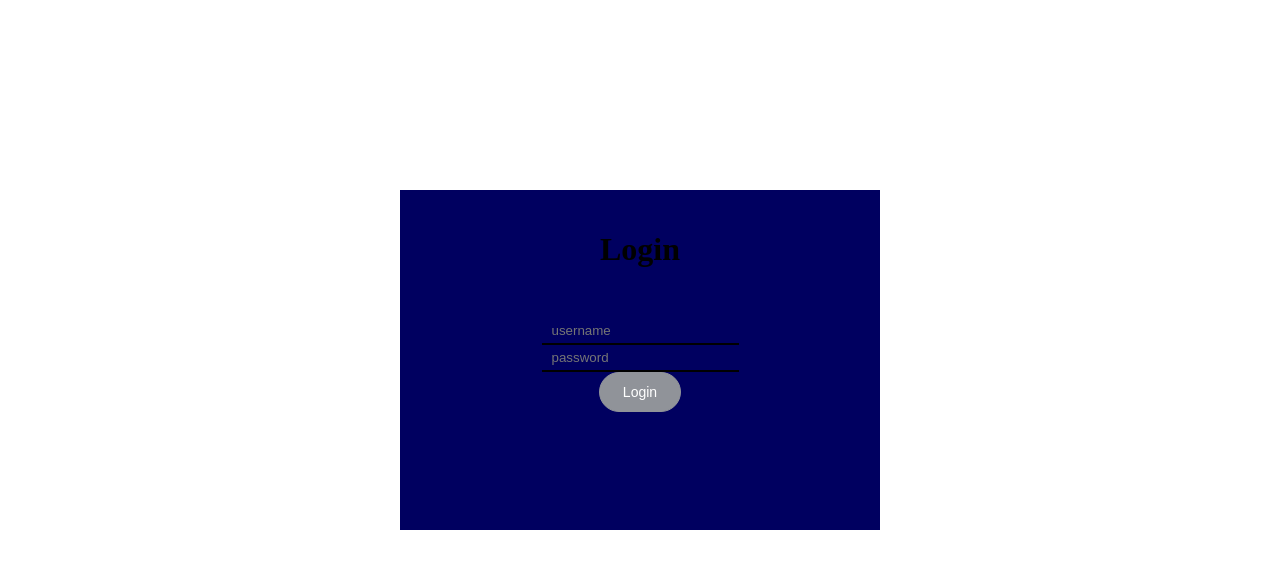
Repository: 951713487/net_shopping
Page: /
These files come from the project's save history. The page is drawn as it stood at one moment and after the next save; the edit follows.
The browser window is 1280 px wide. The pictures show the whole page.
The project was rebuilt for these pictures with package versions that can differ from the ones it lists, and the page was loaded fresh each time.

Above is the page before, as saved 2020-03-17 14:35:30.

### src/App.vue
<template>
  <div id="app">
  <router-view></router-view>
  </div>
</template>

<script>


export default {
  name: 'app'

}
</script>

<style>

</style>

### src/router/index.js
import Vue from 'vue'
import VueRouter from 'vue-router'
import Login from '../components/Login.vue'


Vue.use(VueRouter)



const router = new VueRouter({
  routes:[
    { path: '/' , redirect: '/login' },
    { path: '/login' , component: Login }
  ]
})

export default router

### src/plugins/element.js
import Vue from 'vue'
import { Button, Input } from 'element-ui'

Vue.use(Button)
Vue.use(Input)

### src/components/Login.vue
<template>
  <div id="login_box">
    <h1>Login</h1>
    <div class="form">
      <div class="item">
        <i></i>
        <input placeholder="username" prefix-icon="el-icon-search" v-model="input1" type="text" />
      </div>
      <div class="item">
        <i></i>
        <input placeholder="password" prefix-icon="el-icon-search" v-model="input2" type="password" />
      </div>
    </div>
    <el-button type="info" round>Login</el-button>
  </div>
</template>

<script>
export default {};
</script>

<style lang="less" scoped>
#login_box {
  width: 30%;
  height: 300px;
  border: 1px #000;
  margin: 0 auto;
  margin-top: 15%;
  text-align: center;
  background-color: #000060;
  padding: 20px 50px;
}

#login_box .form{
    margin-top:50px;

}

#login_box .form .item input{
    border: 0;
    border-bottom: 2px solid #000;
    padding: 5px 10px;
    background: #ffffff00;
}
</style>

Loaded but not shown: public/index.html (common file); src/main.js (common file)

After the next save:
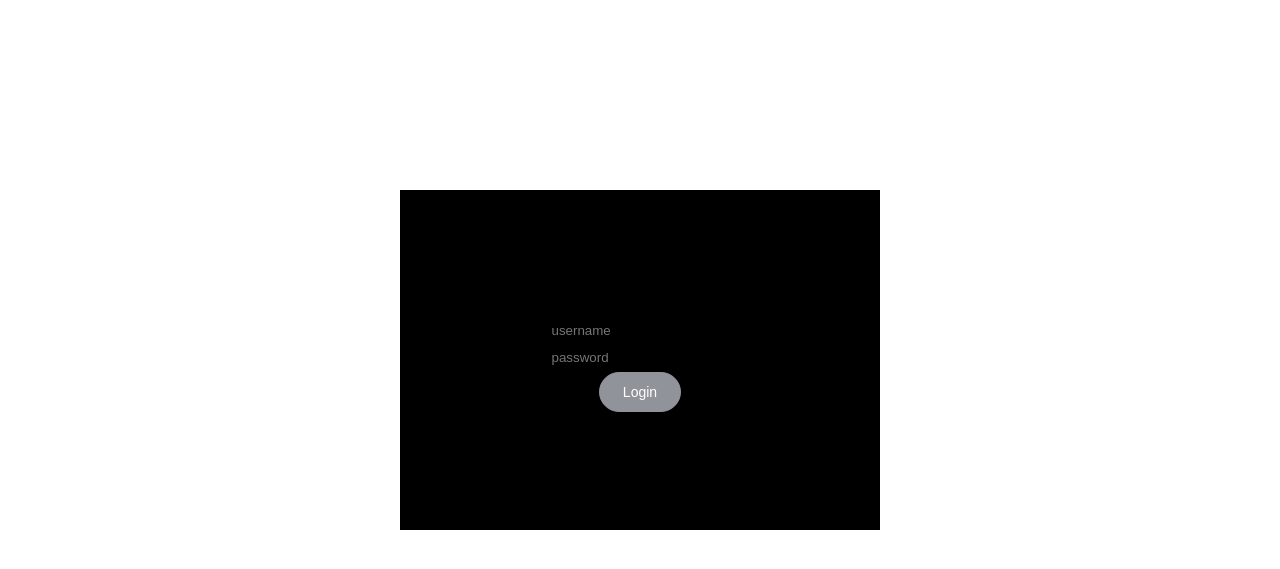
Saved 15 s later.
--- a/src/components/Login.vue
+++ b/src/components/Login.vue
@@ -27,7 +27,7 @@ export default {};
   margin: 0 auto;
   margin-top: 15%;
   text-align: center;
-  background-color: #000060;
+  background-color: #000000;
   padding: 20px 50px;
 }
 
